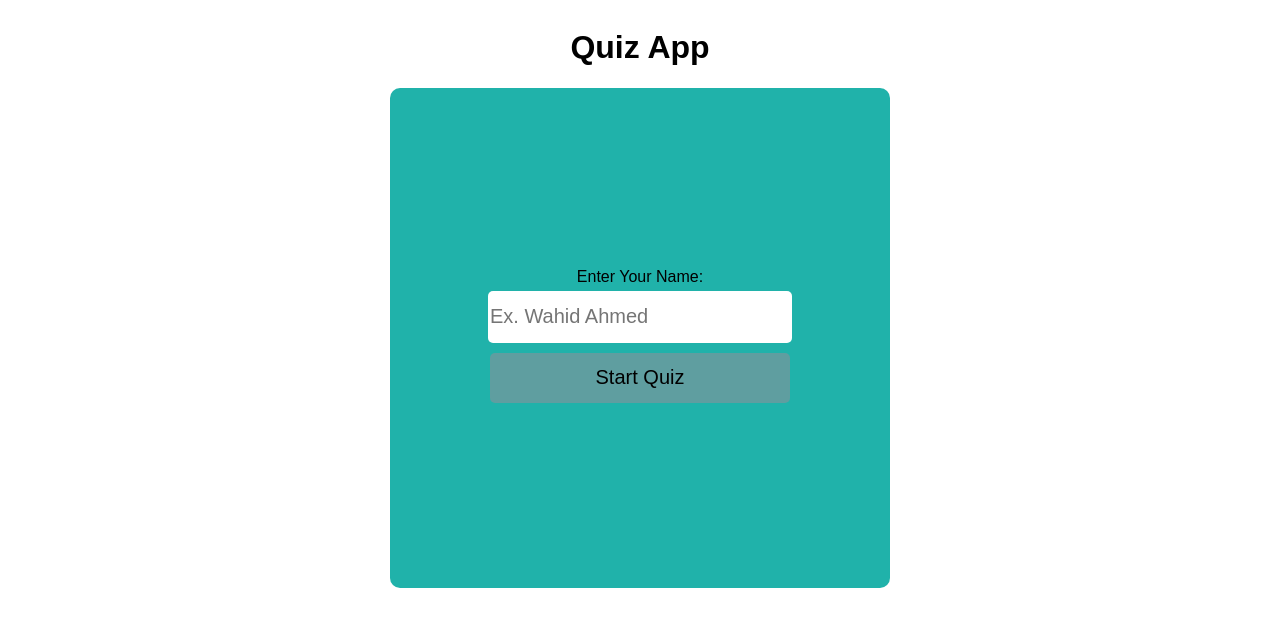
Repository: Wahid137/quiz-app
Page: /
The author's editor kept a copy of each file at every save. The page is drawn from the files as they stood at one save, then again after the next save.
The browser window is 1280 px wide. The pictures show the whole page.
The pointer rests on the first visible `button`.
The project was rebuilt for these pictures with package versions that can differ from the ones it lists, and the page was loaded fresh each time. Also part of the build but not shown: vite.config.js, src/components/Quiz.jsx, src/components/EndScreen.jsx, src/index.css.

Above is the page before, as saved 2023-09-17 01:53:21.

After the next save:
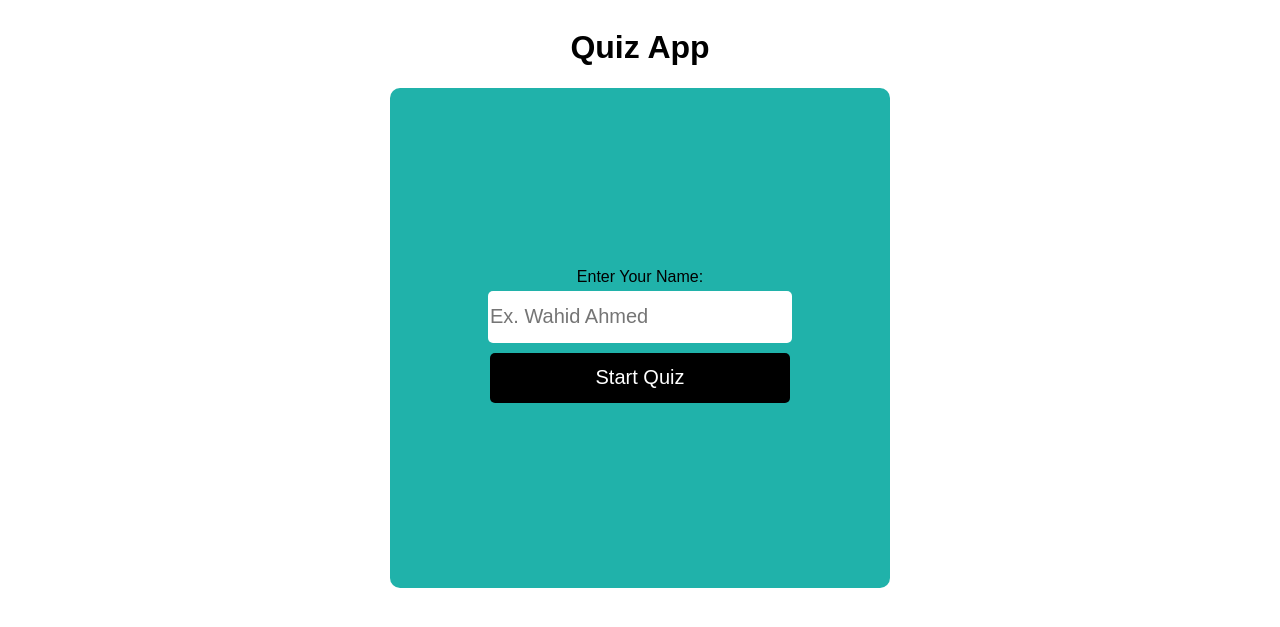
Saved 34 s later.
--- a/src/App.css
+++ b/src/App.css
@@ -29,6 +29,7 @@
 }
 
 button:hover{
-  background-color: cadetblue;
+  background-color:black;
+  color: white;
   cursor: pointer;
 }
